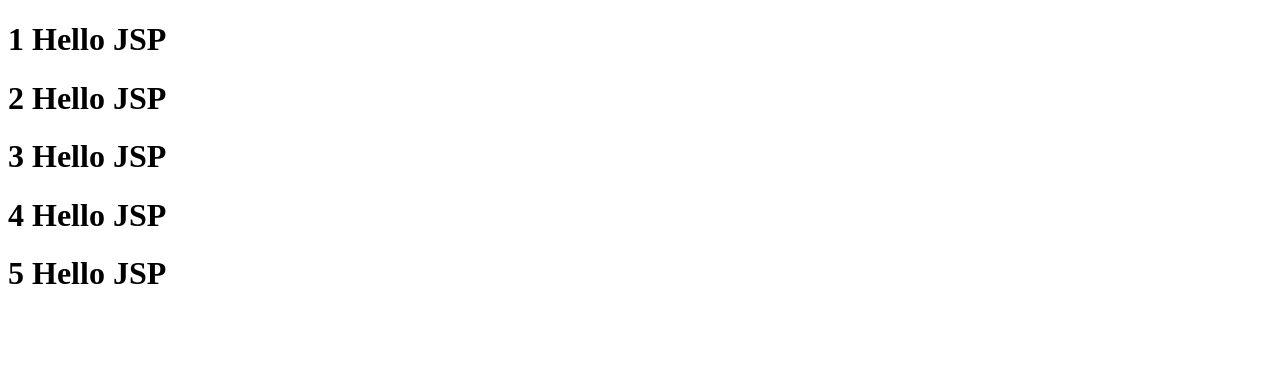
Repository: Jungsol/Servlet_JSP_study
Page: http://localhost/JSP/ex07_out.jsp
These files come from the project's save history. The page is drawn as it stood at one moment and after the next save; the edit follows.
The browser window is 1280 px wide. The pictures show the whole page.
The page is served by Tomcat 9.

Above is the page before, as saved 2023-06-08 15:45:22.

After the next save:
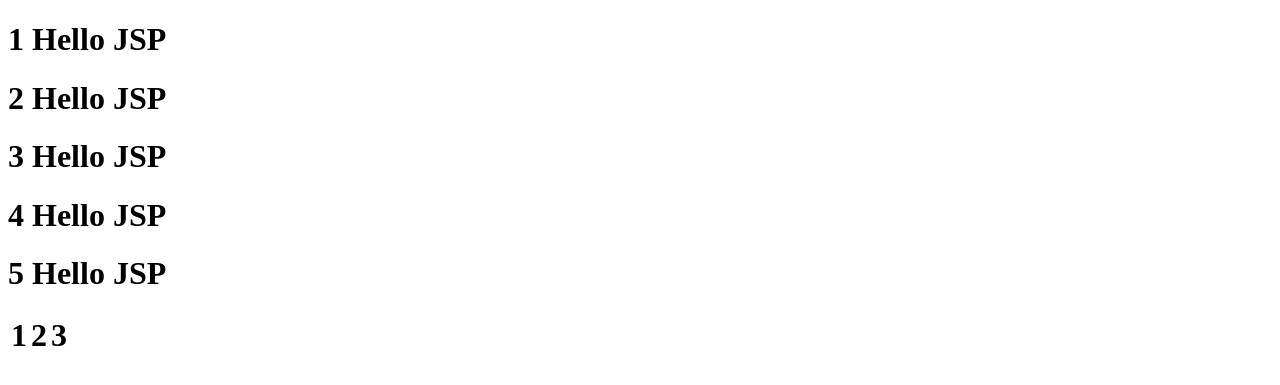
Saved 73 s later.
--- a/JSP/src/main/webapp/ex07_out.jsp
+++ b/JSP/src/main/webapp/ex07_out.jsp
@@ -15,5 +15,15 @@
 			out.print("<h1>"+(i+1)+" Hello JSP<h1>");
 		}
 	%>
+
+	<table>
+		<tr>
+			<%
+				for(int i=0; i<3; i++){
+					out.print("<td>"+(i+1)+"</td>");
+				}
+			%>
+		</tr>
+	</table>
 </body>
 </html>
